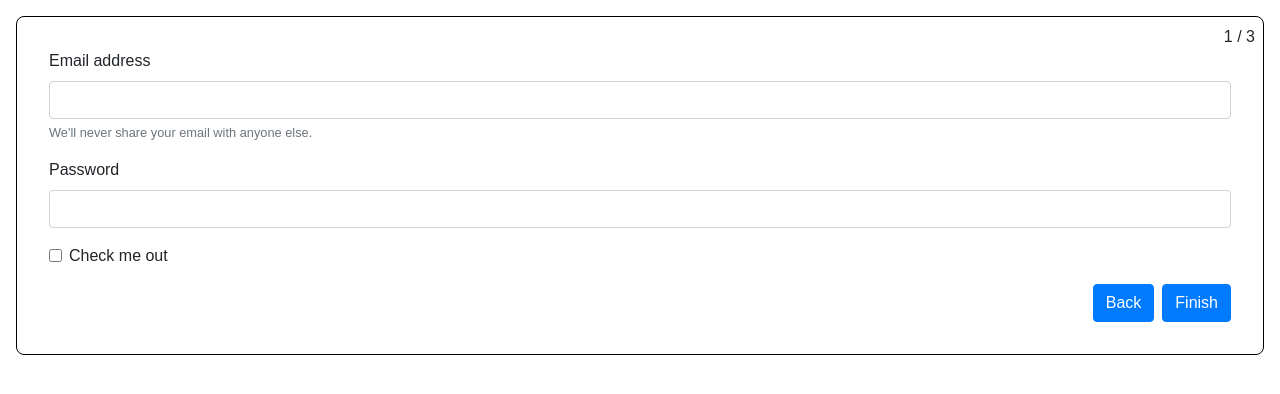
Repository: Aminox84/frontend-main
Page: /
An editor plug-in stored every save of this project. The page is shown before and after the next save, followed by the edit.
The browser window is 1280 px wide. The pictures show the whole page.
The project was rebuilt for these pictures with package versions that can differ from the ones it lists, and the page was loaded fresh each time. Also part of the build but not shown: src/AddressForm.tsx, src/AccountForm.tsx.

Above is the page before, as saved 2022-12-29 19:18:04.

### public/index.html
<!DOCTYPE html>
<html lang="en">
  <head>
    <meta charset="utf-8" />
    <link rel="icon" href="%PUBLIC_URL%/favicon.ico" />
    <meta name="viewport" content="width=device-width, initial-scale=1" />
    <meta name="theme-color" content="#000000" />
    <meta
      name="description"
      content="Web site created using create-react-app"
    />
    <link rel="apple-touch-icon" href="%PUBLIC_URL%/logo192.png" />

    <link rel="manifest" href="%PUBLIC_URL%/manifest.json" />
    <link rel="stylesheet" href="https://cdn.jsdelivr.net/npm/bootstrap@4.4.1/dist/css/bootstrap.min.css" integrity="sha384-Vkoo8x4CGsO3+Hhxv8T/Q5PaXtkKtu6ug5TOeNV6gBiFeWPGFN9MuhOf23Q9Ifjh" crossorigin="anonymous">

    <title>React App</title>
  </head>
  <body>
    <noscript>You need to enable JavaScript to run this app.</noscript>
    <div id="root"></div>
    <script src="https://code.jquery.com/jquery-3.4.1.slim.min.js" integrity="sha384-J6qa4849blE2+poT4WnyKhv5vZF5SrPo0iEjwBvKU7imGFAV0wwj1yYfoRSJoZ+n" crossorigin="anonymous"></script>
    <script src="https://cdn.jsdelivr.net/npm/popper.js@1.16.0/dist/umd/popper.min.js" integrity="sha384-Q6E9RHvbIyZFJoft+2mJbHaEWldlvI9IOYy5n3zV9zzTtmI3UksdQRVvoxMfooAo" crossorigin="anonymous"></script>
    <script src="https://cdn.jsdelivr.net/npm/bootstrap@4.4.1/dist/js/bootstrap.min.js" integrity="sha384-wfSDF2E50Y2D1uUdj0O3uMBJnjuUD4Ih7YwaYd1iqfktj0Uod8GCExl3Og8ifwB6" crossorigin="anonymous"></script>
  </body>
</html>

### src/App.tsx
import React from 'react';
import { useMultistepForm } from './useMultistepForm';
import { AddressForm } from './AddressForm';
import { AccountForm } from './AccountForm';
import { UserForm } from './userForm';


function App() {


const {steps,currentStepIndex,step,isFirstStep,isLastStep,back,next} = useMultistepForm([<UserForm />,<AddressForm />,<AccountForm />])

  return (
    <div style={{position:"relative",background:"white",border:"1px solid  black",padding:"2rem",margin:"1rem",borderRadius:".5rem",fontFamily:"Arial"}}>
      <form>
       <div style={{position:"absolute",top:".5rem",right:".5rem"}}> {currentStepIndex + 1} / {steps.length}</div>
       {step}
       <div className='d-flex justify-content-end'>
       {!isFirstStep && <button className='btn btn-primary ml-2' type="button" onClick={back}>Back</button>}
       <button type="button" className='btn btn-primary ml-2' onClick={next}>{isLastStep ? "Finish" : "Next"}</button>
       </div>
      </form>
    </div>
  );
}

export default App;

### src/useMultistepForm.ts
import {ReactElement,useState} from 'react'



export function useMultistepForm(steps: ReactElement[]){

const [currentStepIndex, setCurrentStepIndex]=useState(0)

function next(){
setCurrentStepIndex(i=>{
    if ( i > steps.length-1) return i
    return i +1
})
}
function back(){
    setCurrentStepIndex(i=>{
        if ( i <= 0) return i
        return i -1
    })
}
function goTo(index:number){
    setCurrentStepIndex(index);
}





return {
    currentStepIndex,
    step: steps[currentStepIndex],
    steps,
    isFirstStep: currentStepIndex!==0,
    isLastStep: steps.length-1,
    goTo,
    next,
    back
}

}

### src/userForm.tsx
export function UserForm(){
    return (
        <>
        <form>
  <div className="form-group">
    <label htmlFor="exampleInputEmail1">Email address</label>
    <input type="email" className="form-control" id="exampleInputEmail1" aria-describedby="emailHelp" />
    <small id="emailHelp" className="form-text text-muted">We'll never share your email with anyone else.</small>
  </div>
  <div className="form-group">
    <label htmlFor="exampleInputPassword1">Password</label>
    <input type="password" className="form-control" id="exampleInputPassword1" />
  </div>
  <div className="form-group form-check">
    <input type="checkbox" className="form-check-input" id="exampleCheck1" />
    <label className="form-check-label" htmlFor="exampleCheck1">Check me out</label>
  </div>
</form>
        </>
    )
}

Loaded but not shown: src/index.tsx (common file)

After the next save:
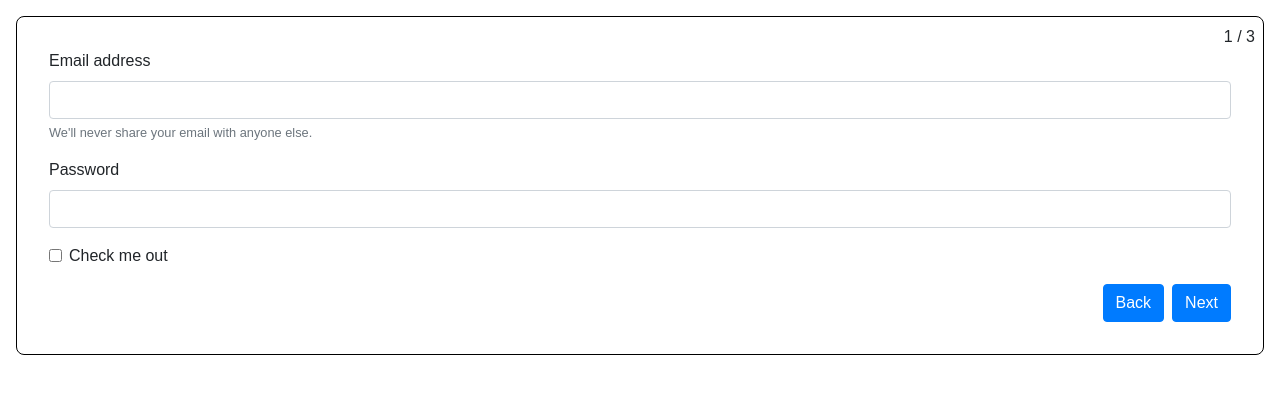
Saved 88 s later.
--- a/src/useMultistepForm.ts
+++ b/src/useMultistepForm.ts
@@ -31,7 +31,7 @@ return {
     step: steps[currentStepIndex],
     steps,
     isFirstStep: currentStepIndex!==0,
-    isLastStep: steps.length-1,
+    isLastStep: currentStepIndex=== steps.length-1,
     goTo,
     next,
     back
